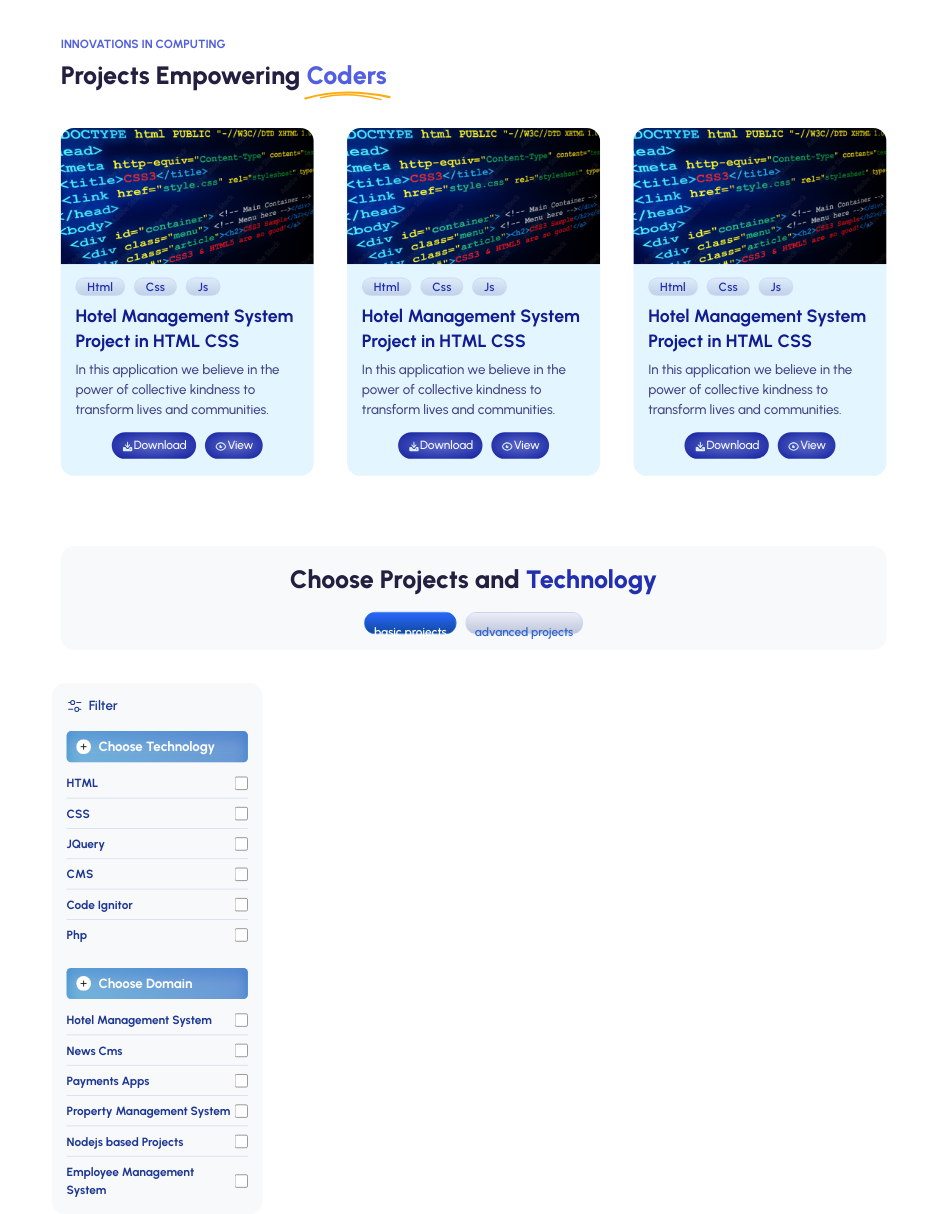
Repository: sharma171/jtccreativeideas
Page: /newsection (app in nextjssite/)
An editor plug-in stored every save of this project. The page is shown before and after the next save, followed by the edit.
The browser window is 1280 px wide. The pictures show the whole page, at 74% of full size.
The project was rebuilt for these pictures with package versions that can differ from the ones it lists, and the page was loaded fresh each time. The framework's server and built-in components were replaced by stand-ins that run in the browser. Also part of the build but not shown: nextjssite/next.config.mjs.

Above is the page before, as saved 2024-03-30 18:38:51.

After the next save:
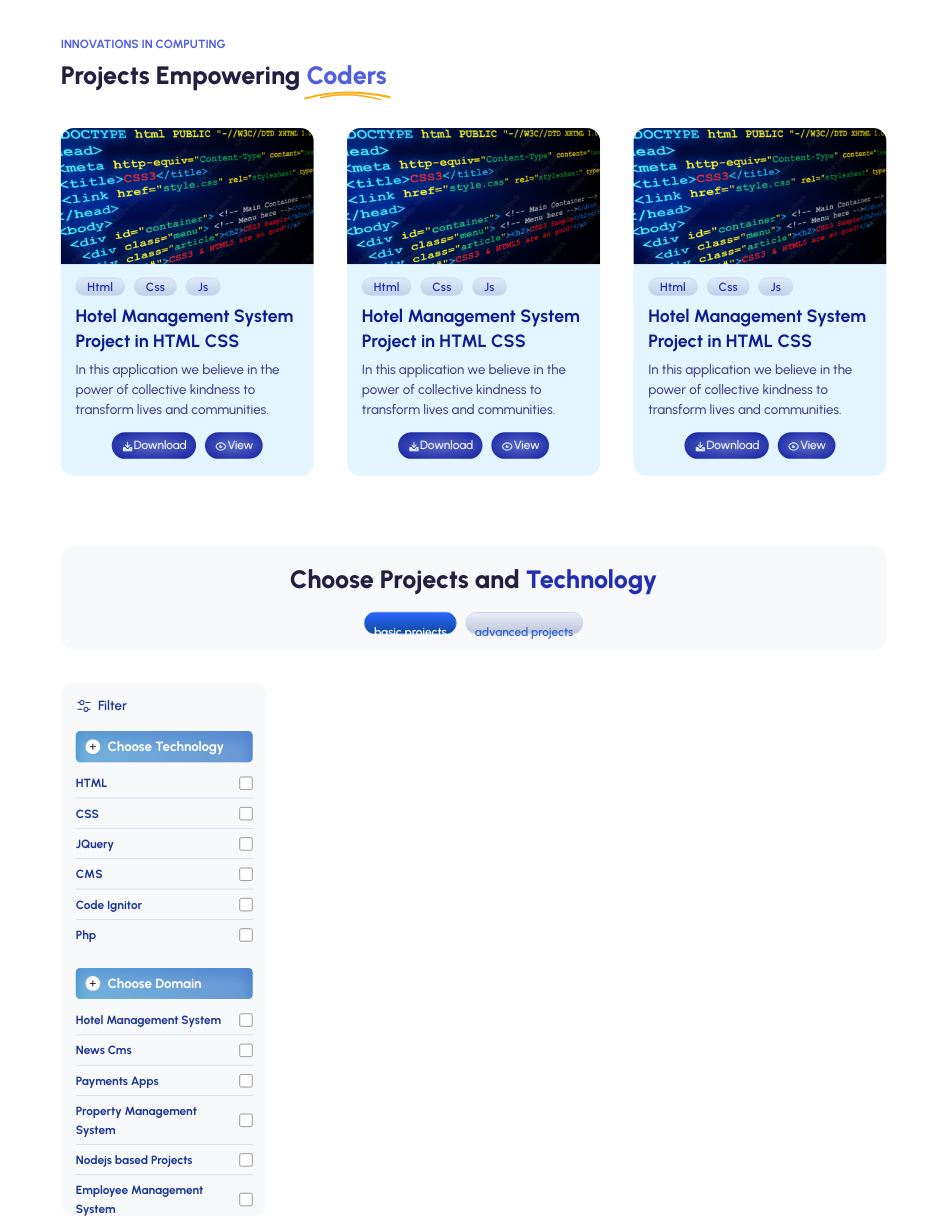
Saved 25 s later.
--- a/nextjssite/src/app/newsection/page.css
+++ b/nextjssite/src/app/newsection/page.css
@@ -389,6 +389,9 @@ section.projects {
 .ecom-filter .filter-head + .filter-techlist + .filter-head {
     margin-top: 16px;
 }
+.ecompad{
+    padding: 0 12px;
+}
 .ecom-filter::-webkit-scrollbar{width:.0em;height:.0em; border-radius: 10px}
 *::-webkit-scrollbar{width:.6em;height:.1em; border-radius: 10px}
 *::-webkit-scrollbar-track{-webkit-box-shadow:inset 0 0 6px transparent}
